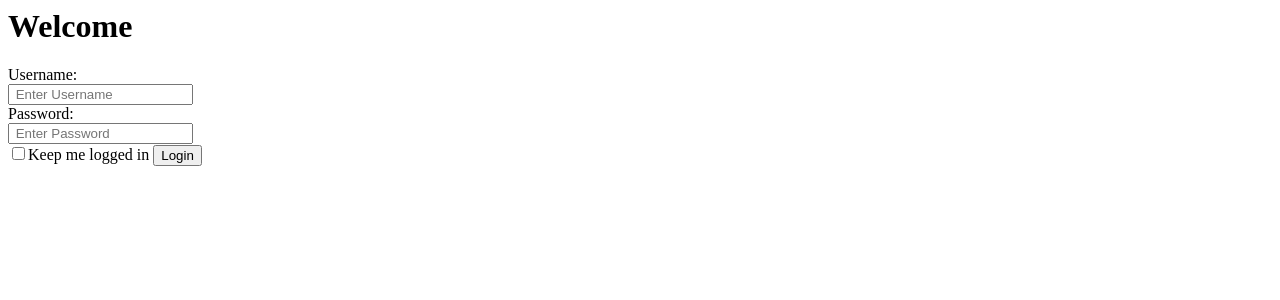
Repository: varshaumeshhs55/ServletProject
Page: LoginRegistrationApp/WebContent/index.html
The author's editor kept a copy of each file at every save. The page is drawn from the files as they stood at one save, then again after the next save.
The browser window is 1280 px wide. The pictures show the whole page.

Above is the page before, as saved 2019-01-22 10:08:28.

### LoginRegistrationApp/WebContent/index.html
<html>
<head>
<h1>Welcome</h1>
</head>
<body>
	<form action="login" method="post">
	<label for="username">Username:</label><br>
		 <input type="text" name="username" placeholder=" Enter Username"><br>
		 <label for="password">Password:</label><br>
		 <input type="password" name="password" placeholder=" Enter Password"><br>
		 <input type="checkbox"><label for="checkbox">Keep me logged in</label>
		 <input type="submit" value="Login"><br>
	</form>
</body>
</html>

After the next save:
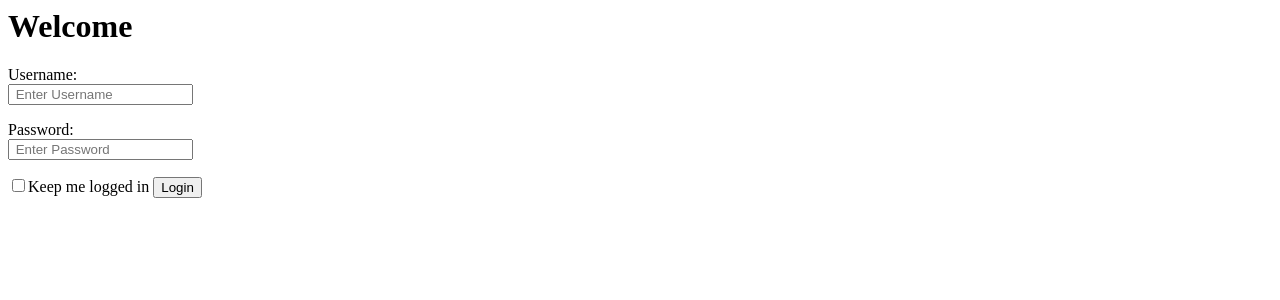
Saved 2 min 33 s later.
--- a/LoginRegistrationApp/WebContent/index.html
+++ b/LoginRegistrationApp/WebContent/index.html
@@ -4,11 +4,16 @@
 </head>
 <body>
 	<form action="login" method="post">
+	<p>
 	<label for="username">Username:</label><br>
-		 <input type="text" name="username" placeholder=" Enter Username"><br>
+    <input type="text" name="username" placeholder=" Enter Username"><br>
+    </p>
+    <p>
 		 <label for="password">Password:</label><br>
 		 <input type="password" name="password" placeholder=" Enter Password"><br>
-		 <input type="checkbox"><label for="checkbox">Keep me logged in</label>
+
+	</p>
+	<input type="checkbox"><label for="checkbox">Keep me logged in</label>
 		 <input type="submit" value="Login"><br>
 	</form>
 </body>
